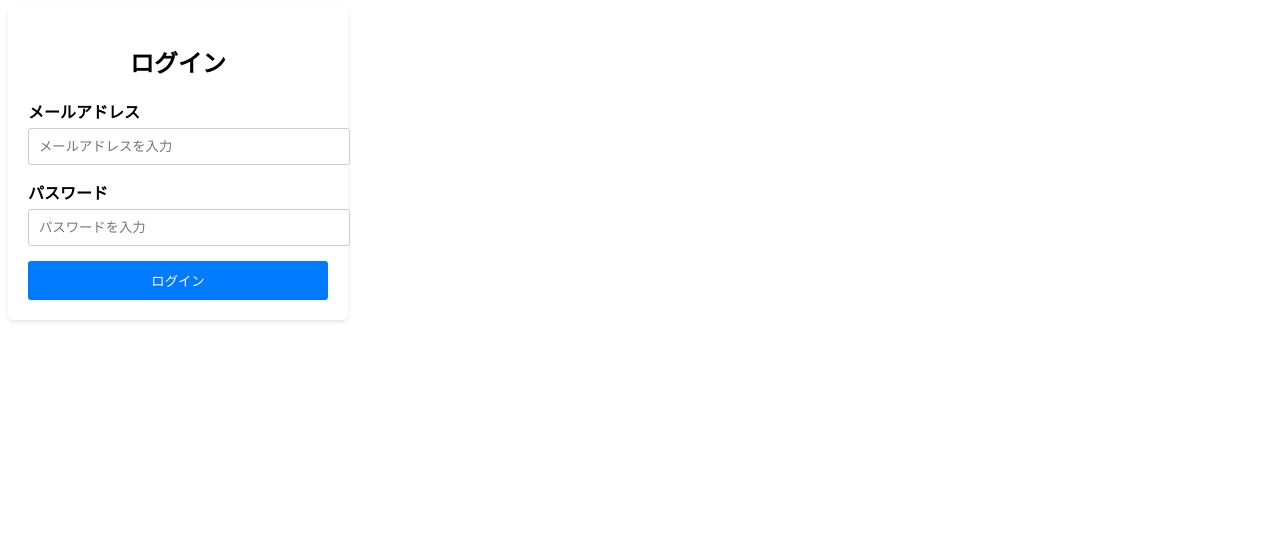
Repository: Jutta197/blog_0815
Page: src/main/resources/static/login.html
The author's editor kept a copy of each file at every save. The page is drawn from the files as they stood at one save, then again after the next save.
The browser window is 1280 px wide. The pictures show the whole page.

Above is the page before, as saved 2023-08-15 12:13:13.

After the next save:
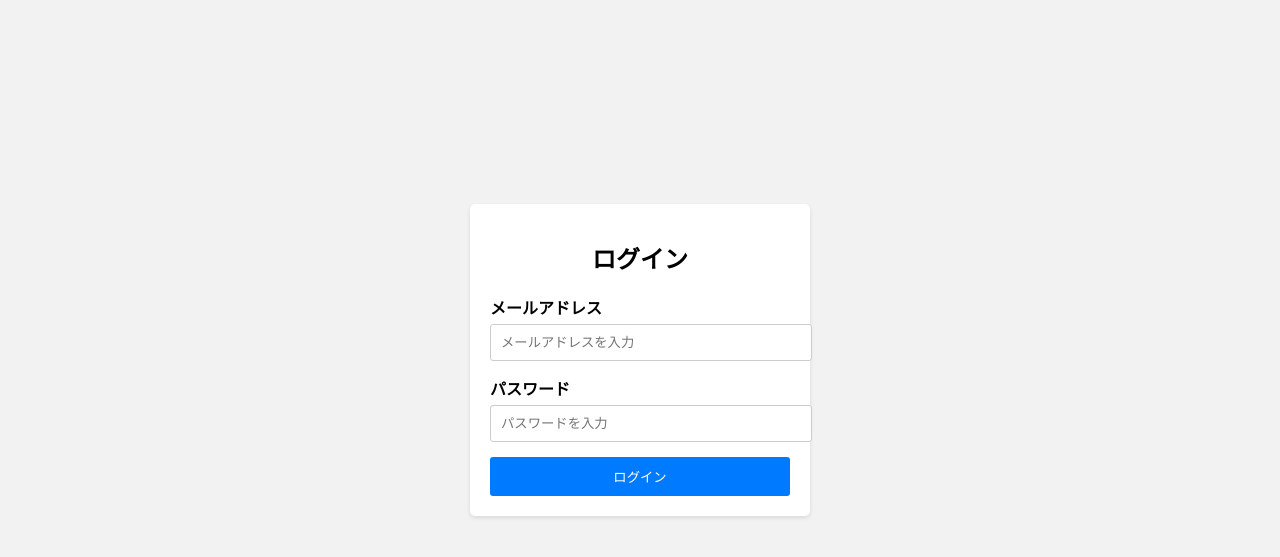
Saved 11 s later.
--- a/src/main/resources/static/login.css
+++ b/src/main/resources/static/login.css
@@ -1,4 +1,4 @@
-<style>body {
+body {
     font-family: Arial, sans-serif;
     background-color: #f2f2f2;
     margin: 0;
@@ -51,5 +51,3 @@ input[type="password"] {
 #submit-button:hover {
     background-color: #0056b3;
 }
-
-</style>
